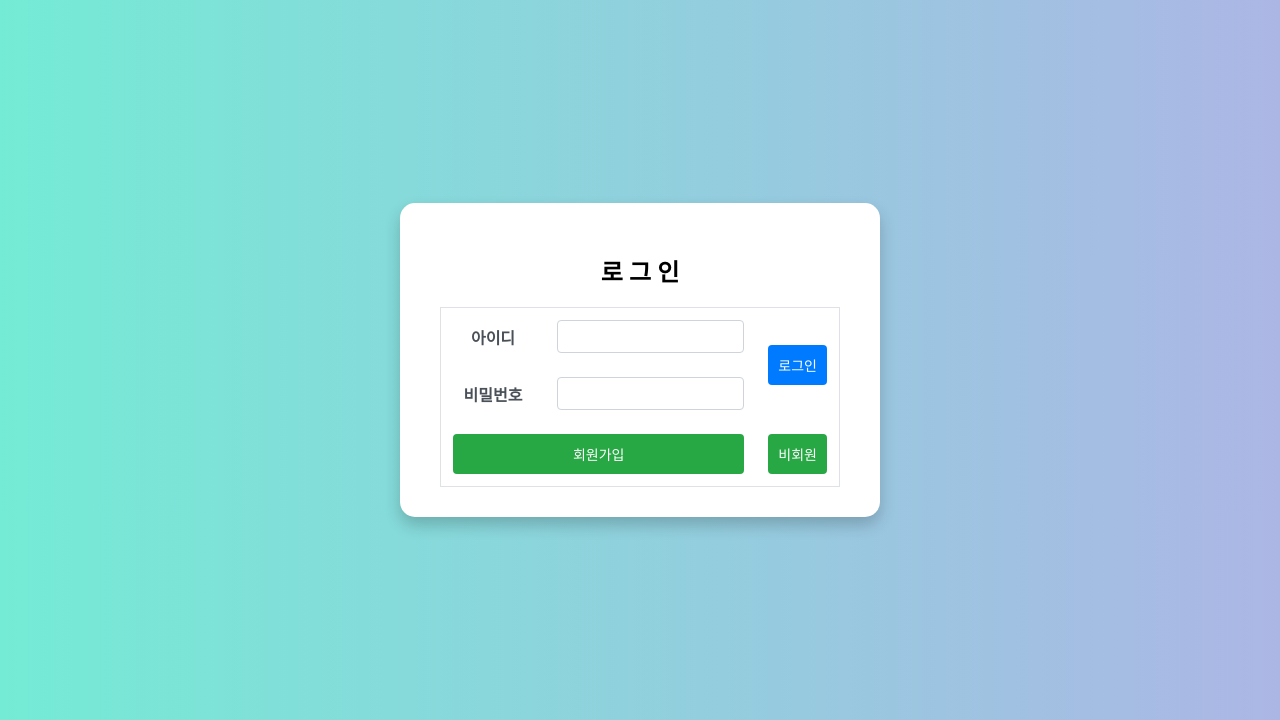
Repository: 1plus1equals3-true/Board-temp
Page: http://localhost/jsp/test/test3.jsp
An editor plug-in stored every save of this project. The page is shown before and after the next save, followed by the edit.
The browser window is 1280 px wide. The pictures show the whole page.
The page is served by Tomcat 9. Other server files are loaded and not shown.

Above is the page before, as saved 2025-09-10 08:08:16.

### jsp/src/main/webapp/test/test3.jsp
<%@ page language="java" contentType="text/html; charset=UTF-8"
    pageEncoding="UTF-8"%>
<%@ page import="java.util.Date" %>
<%@ page import="java.text.SimpleDateFormat" %>
<!DOCTYPE html>
<html>
<head>
<meta charset="UTF-8">
<title>로그인</title>
<style>
body {
        font-family: 'Segoe UI', Tahoma, Geneva, Verdana, sans-serif;
        background: linear-gradient(to right, #74ebd5, #ACB6E5);
        margin: 0;
        padding: 0;
        display: flex;
        justify-content: center;
        align-items: center;
        height: 100vh;
    }
    form {
        background-color: white;
        padding: 30px 40px;
        border-radius: 15px;
        box-shadow: 0 8px 16px rgba(0,0,0,0.2);
        width: 400px;
        animation: fadeIn 0.8s ease-in-out;
    }
    @keyframes fadeIn {
        from { opacity: 0; transform: translateY(-20px); }
        to { opacity: 1; transform: translateY(0); }
    }
.login-form {
    justify-content: center;
    align-items: center;
    margin: 50px auto;
}

.login-form table {
    width: 100%;
    max-width: 400px;
    border-collapse: collapse;
    background-color: #fff;
    border: 1px solid #dee2e6;
    border-radius: 8px;
}

.login-form td {
    padding: 12px;
    text-align: left;
}

.login-form tr td:first-child {
    font-weight: bold;
    color: #495057;
    text-align: center;
    width: 80px;
}

.login-form input[type="text"],
.login-form input[type="password"] {
    width: 100%;
    padding: 8px 10px;
    border: 1px solid #ced4da;
    border-radius: 4px;
    box-sizing: border-box;
}

.login-form input[type="submit"],
.login-form .btn-join {
    width: 100%;
    padding: 10px;
    border: none;
    border-radius: 4px;
    font-size: 14px;
    cursor: pointer;
    transition: background-color 0.3s ease;
    box-sizing: border-box;
}

.login-form input[type="submit"] {
    background-color: #007bff;
    color: white;
    height: 100%;
}

.login-form input[type="submit"]:hover {
    background-color: #0056b3;
}

.login-form .btn-join {
    background-color: #28a745;
    color: white;
}

.login-form .btn-join:hover {
    background-color: #218838;
}

.login-form a {
    text-decoration: none;
    display: block;
    height: 100%;
}
</style>
</head>
<body>



	<form action="Login_proc.jsp" method="post" class="login-form">
		<h2 style="text-align: center;">로 그 인</h2>
		<table>

		<tr>
		<td>아이디</td>
		<td><input type="text" name="loginid"></td>
		<td rowspan="2">
			<input type="submit" value="로그인">
		</td>
		</tr>

		<tr>
		<td>비밀번호</td>
		<td><input type="password" name="loginpass"></td>
		</tr>

		<tr>

		<td colspan="2"><a href="Join.jsp"><button type="button" class="btn-join">회원가입</button></a></td>
		<td><a href="../board/list.jsp"><button type="button" class="btn-join">비회원</button></a></td>

		</tr>

		</table>
	</form>
</body>
</html>

After the next save:
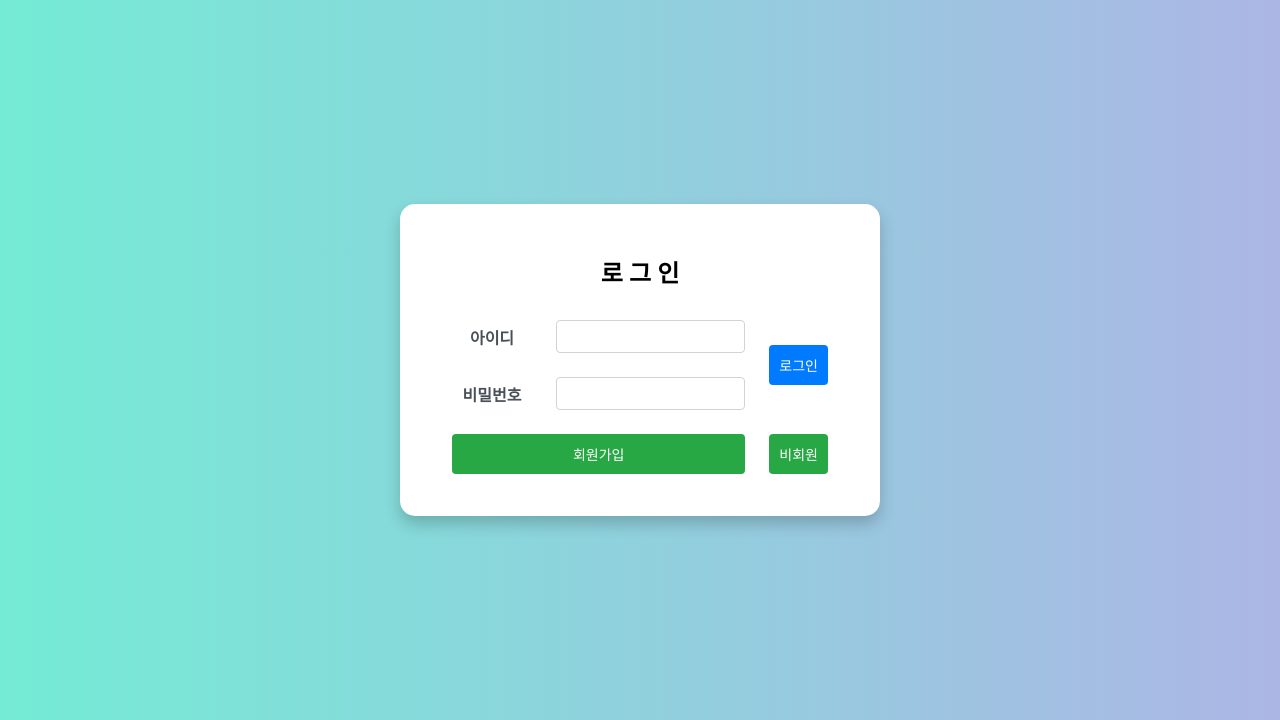
Saved 6 s later.
--- a/jsp/src/main/webapp/test/test3.jsp
+++ b/jsp/src/main/webapp/test/test3.jsp
@@ -41,7 +41,6 @@ body {
     max-width: 400px;
     border-collapse: collapse;
     background-color: #fff;
-    border: 1px solid #dee2e6;
     border-radius: 8px;
 }
 
